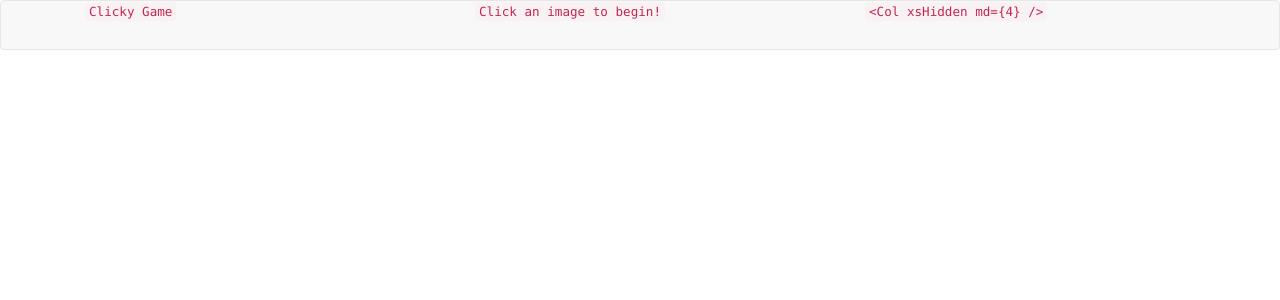
Repository: vivianuol/Clicky-game
Page: /
The author's editor kept a copy of each file at every save. The page is drawn from the files as they stood at one save, then again after the next save.
The browser window is 1280 px wide. The pictures show the whole page.
The project was rebuilt for these pictures with package versions that can differ from the ones it lists, and the page was loaded fresh each time.

Above is the page before, as saved 2019-01-12 11:51:21.

### public/index.html
<!DOCTYPE html>
<html lang="en">

<head>
  <meta charset="utf-8" />
  <link rel="shortcut icon" href="%PUBLIC_URL%/favicon.ico" />
  <meta name="viewport" content="width=device-width, initial-scale=1, shrink-to-fit=no" />
  <meta name="theme-color" content="#000000" />
  <!--
      manifest.json provides metadata used when your web app is added to the
      homescreen on Android. See https://developers.google.com/web/fundamentals/web-app-manifest/
    -->
  <link rel="manifest" href="%PUBLIC_URL%/manifest.json" />
  <!--
      Notice the use of %PUBLIC_URL% in the tags above.
      It will be replaced with the URL of the `public` folder during the build.
      Only files inside the `public` folder can be referenced from the HTML.

      Unlike "/favicon.ico" or "favicon.ico", "%PUBLIC_URL%/favicon.ico" will
      work correctly both with client-side routing and a non-root public URL.
      Learn how to configure a non-root public URL by running `npm run build`.
    -->
  <!-- Latest compiled and minified CSS -->
  <link rel="stylesheet"  href="https://maxcdn.bootstrapcdn.com/bootstrap/3.3.7/css/bootstrap.min.css" integrity="sha384-BVYiiSIFeK1dGmJRAkycuHAHRg32OmUcww7on3RYdg4Va+PmSTsz/K68vbdEjh4u"
    crossorigin="anonymous">
  <title>React App</title>
</head>

<body>
  <noscript>You need to enable JavaScript to run this app.</noscript>
  <div id="root"></div>
  <!--
      This HTML file is a template.
      If you open it directly in the browser, you will see an empty page.

      You can add webfonts, meta tags, or analytics to this file.
      The build step will place the bundled scripts into the <body> tag.

      To begin the development, run `npm start` or `yarn start`.
      To create a production bundle, use `npm run build` or `yarn build`.
    -->
</body>

</html>

### src/App.js
import React, { Component } from 'react';
import logo from './logo.svg';
import './App.css';
import Header from "./components/Header"

class App extends Component {
  render() {
    return (
      <div>
        <Header />
        {/* <Jumbotron />
        <Cards />
        <Footer /> */}
      </div>
    )
  }
}

export default App;

### src/App.css
.App {
  text-align: center;
}

.App-logo {
  animation: App-logo-spin infinite 20s linear;
  height: 40vmin;
}

.App-header {
  background-color: #282c34;
  min-height: 100vh;
  display: flex;
  flex-direction: column;
  align-items: center;
  justify-content: center;
  font-size: calc(10px + 2vmin);
  color: white;
}

.App-link {
  color: #61dafb;
}

Nav h2, Nav h4 {
  display: inline-block;
}

Nav {
  height: 40px;
}



@keyframes App-logo-spin {
  from {
    transform: rotate(0deg);
  }
  to {
    transform: rotate(360deg);
  }
}

### src/components/Header.js
import React from "react";
import { Grid, Row, Col } from 'react-bootstrap';
import { Navbar, Nav } from 'react-bootstrap';


export default class Header extends


    React.Component {
    render() {
        return (
            <Navbar>
                <Grid>
                    <Row className="show-grid">
                        <Col xs={6} md={4}>
                            <code>Clicky Game</code>
                        </Col>
                        <Col xs={6} md={4}>
                            <code>Click an image to begin!</code>
                        </Col>
                        <Col xsHidden md={4}>
                            <code>{'<Col xsHidden md={4} />'}</code>
                        </Col>
                    </Row>
                </Grid>
            </Navbar>
        );
    }
}

Loaded but not shown: src/index.js (common file); src/index.css (common file); src/serviceWorker.js (common file)

After the next save:
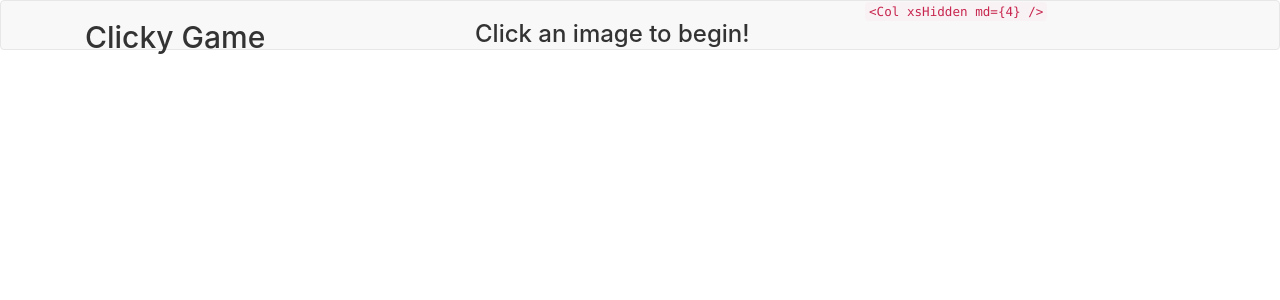
Saved 34 s later.
--- a/src/components/Header.js
+++ b/src/components/Header.js
@@ -13,10 +13,10 @@
                 <Grid>
                     <Row className="show-grid">
                         <Col xs={6} md={4}>
-                            <code>Clicky Game</code>
+                            <h2>Clicky Game</h2>
                         </Col>
                         <Col xs={6} md={4}>
-                            <code>Click an image to begin!</code>
+                            <h3>Click an image to begin!</h3>
                         </Col>
                         <Col xsHidden md={4}>
                             <code>{'<Col xsHidden md={4} />'}</code>
